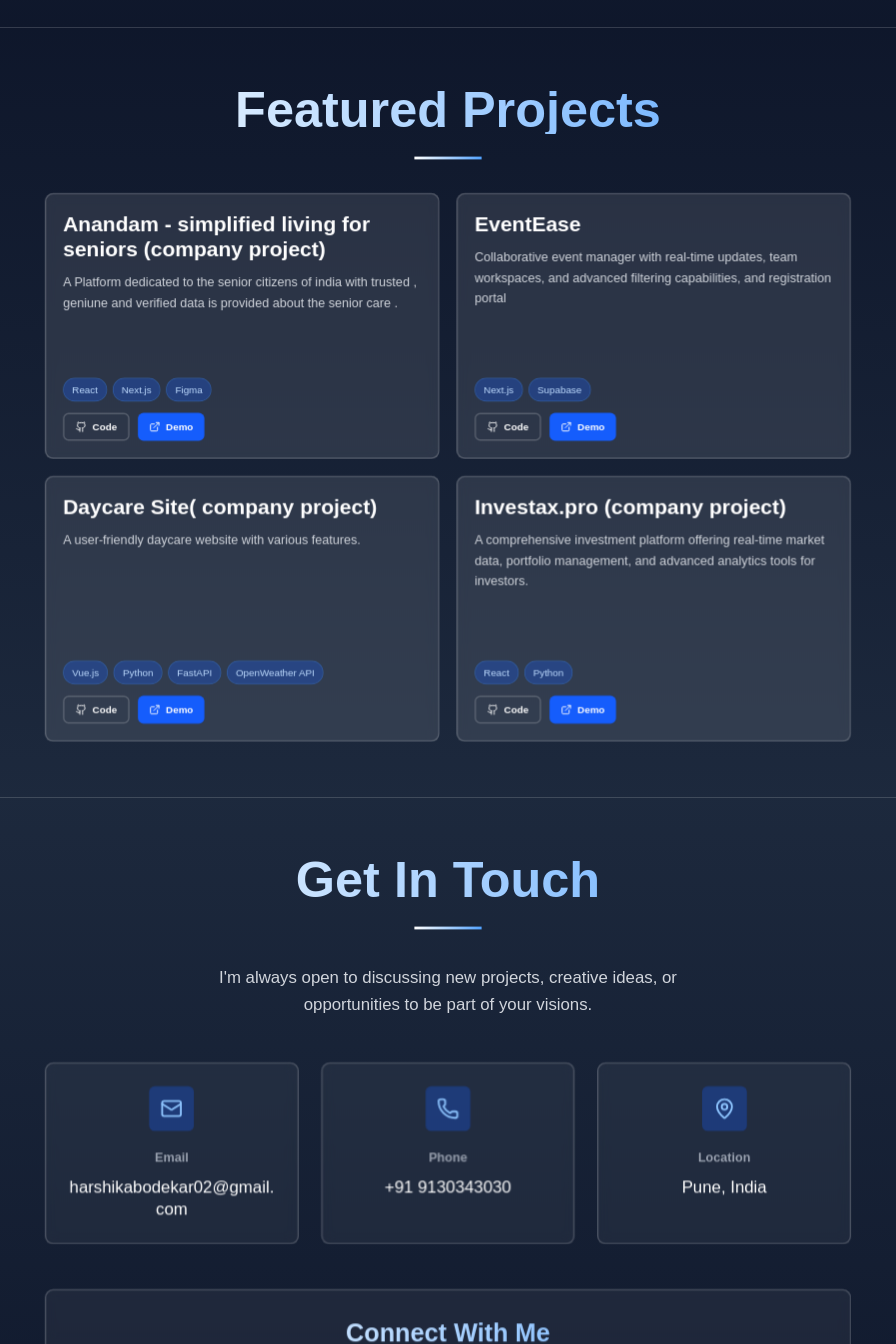
Repository: harshikabodekar/portfolio_awp
Page: /
An editor plug-in stored every save of this project. The page is shown before and after a run of saves, followed by the edit.
The browser window is 1280 px wide. The pictures show the part of the page from y = 2694 to 4614 px (the page is 4940 px tall), at 70% of full size.
The project was rebuilt for these pictures with package versions that can differ from the ones it lists, and the page was loaded fresh each time. The framework's server and built-in components were replaced by stand-ins that run in the browser. Also part of the build but not shown: next.config.mjs.

Above is the page before, as saved 2025-10-15 21:47:33.

### src/app/page.js
import Navbar from "./components/Navbar";
import Hero from "./components/Hero";
import About from "./components/About";
import Skills from "./components/Skills";
import Project from "./components/Project";
import Contact from "./components/Contact";

export default function Home() {
  return (
    <main>
      <Navbar />
      <Hero />
      <About />
      <Skills />
      <Project />
      <Contact />
    </main>
  );
}

### src/app/components/Navbar.js
import React from 'react';

const Navbar = () => {
  return (
    <nav className="bg-gray-900 text-white py-4 px-6 fixed w-full top-0 left-0 z-50 shadow-lg">
      <div className="container mx-auto flex justify-between items-center">
        <h1 className="text-4xl font-bold">My Portfolio</h1>
        <ul className="flex space-x-12">
          <li><a href="#home" className="hover:text-blue-400 text-2xl">Home</a></li>
          <li><a href="#about" className="hover:text-blue-400 text-2xl">About</a></li>
          <li><a href="#skills" className="hover:text-blue-400 text-2xl">Skills</a></li>
          <li><a href="#projects" className="hover:text-blue-400 text-2xl">Projects</a></li>
          <li><a href="#contact" className="hover:text-blue-400 text-2xl">Contact</a></li>
        </ul>
      </div>
    </nav>
  );
};

export default Navbar;

### src/app/components/Hero.js
"use client";
import { Github, Linkedin, Mail } from 'lucide-react';
import Image from 'next/image';

const Hero = () => {
  return (
    <section
      id="home"
      className="py-20 px-6 bg-gradient-to-b from-slate-800 to-slate-900 text-white min-h-screen flex items-center justify-center"
    >
      <div className="container mx-auto px-4">
        <div className="max-w-6xl mx-auto">

          {/* Profile Image */}
          <div className="flex justify-center mb-12">
            <div className="relative w-64 h-64 md:w-80 md:h-80 rounded-full overflow-hidden border-4 border-blue-400/30 shadow-2xl">
              <Image
                src="/profile.jpeg.jpeg"
                alt="Harshika Bodekar"
                fill
                className="object-cover"
                priority
              />
            </div>
          </div>

          {/* Text Content - Centered like About page */}
          <div className="text-center">
            <h1 className="text-4xl sm:text-5xl md:text-6xl lg:text-7xl font-bold mb-8 bg-gradient-to-r from-white to-blue-400 bg-clip-text text-transparent">
              Harshika Bodekar
            </h1>
            <div className="w-24 h-1 bg-gradient-to-r from-white to-blue-400 mx-auto mb-12"></div>

            <p className="text-xl md:text-2xl lg:text-3xl text-gray-300 mb-8 leading-relaxed">
              Computer Science Student | Frontend Developer
            </p>

            <p className="text-xl md:text-2xl lg:text-3xl text-gray-300 mb-12 leading-relaxed">
              Crafting elegant digital experiences with modern technologies.
              Passionate about clean code, intuitive design, and building products that make a difference.
            </p>

            <div className="flex gap-6 justify-center">
              <a
                href="https://github.com/harshikabodekar"
                target="_blank"
                rel="noopener noreferrer"
                className="p-4 rounded-full border-2 border-white/20 hover:border-blue-400/50 transition-all duration-300 hover:bg-white/10"
                aria-label="GitHub Profile"
              >
                <Github className="w-6 h-6" />
              </a>
              <a
                href="https://linkedin.com/in/harshikabodekar"
                target="_blank"
                rel="noopener noreferrer"
                className="p-4 rounded-full border-2 border-white/20 hover:border-blue-400/50 transition-all duration-300 hover:bg-white/10"
                aria-label="LinkedIn Profile"
              >
                <Linkedin className="w-6 h-6" />
              </a>
              <a
                href="mailto:harshikabodekar02@gmail.com"
                className="p-4 rounded-full border-2 border-white/20 hover:border-blue-400/50 transition-all duration-300 hover:bg-white/10"
                aria-label="Email Contact"
              >
                <Mail className="w-6 h-6" />
              </a>
            </div>
          </div>

        </div>
      </div>
    </section>
  );
};

export default Hero;

### src/app/components/About.js
import React from 'react';

const About = () => {
  return (
    <section id="about" className="py-20 px-6 bg-gradient-to-b from-slate-900 to-slate-800 text-white">
      <div className="container mx-auto px-4">
        <div className="max-w-6xl mx-auto">
          <h2 className="text-4xl sm:text-5xl md:text-6xl lg:text-7xl font-bold mb-8 text-center bg-gradient-to-r from-white to-blue-400 bg-clip-text text-transparent">
            About Me
          </h2>
          <div className="w-24 h-1 bg-gradient-to-r from-white to-blue-400 mx-auto mb-12"></div>

          <div className="text-center">
            <p className="text-xl md:text-2xl lg:text-3xl text-gray-300 leading-relaxed mb-8">
              I am Harshika Bodekar, a Computer Science student at Pimpri Chinchwad University.
              With developing expertise in computer science, I craft robust backend solutions.
            </p>
            <p className="text-xl md:text-2xl lg:text-3xl text-gray-300 leading-relaxed mb-8">
              My journey is driven by a passion for building scalable, efficient systems that power modern applications.
              I enjoy tackling complex challenges and exploring cutting-edge tech.
            </p>
            <p className="text-xl md:text-2xl lg:text-3xl text-gray-300 leading-relaxed">
              When I'm not coding, you'll find me exploring new technologies, contributing to
              open-source projects, or sharing knowledge with the developer community.
            </p>
          </div>
        </div>
      </div>
    </section>
  );
};

export default About;

### src/app/components/Skills.js
"use client";
import React from 'react';
import { Code, Database, Layout, Server, Globe, Palette } from 'lucide-react';

const Skills = () => {
  const skillCategories = [
    {
      icon: Code,
      title: "Frontend Development",
      skills: ["React", "Next.js", "JavaScript", "TypeScript", "HTML5", "CSS3", "Tailwind CSS"]
    },
    {
      icon: Server,
      title: "Backend Development",
      skills: [ "Python", "C++", "Java"]
    },
    {
      icon: Database,
      title: "Database",
      skills: ["MongoDB", "Supabase", "MySQL"]
    },
    {
      icon: Layout,
      title: "Tools & Frameworks",
      skills: ["Git", "GitHub", "VS Code", "Figma"]
    },

    {
      icon: Palette,
      title: "Design & UI/UX",
      skills: ["UI Design", "Wireframing", "Prototyping", "User Research"]
    }
  ];

  return (
    <section id="skills" className="py-20 px-6 bg-gradient-to-b from-slate-800 to-slate-900 text-white">
      <div className="container mx-auto px-4">
        <div className="max-w-6xl mx-auto">
          <h2 className="text-4xl sm:text-5xl md:text-6xl lg:text-7xl font-bold mb-8 text-center bg-gradient-to-r from-white to-blue-400 bg-clip-text text-transparent">
            Skills & Expertise
          </h2>
          <div className="w-24 h-1 bg-gradient-to-r from-white to-blue-400 mx-auto mb-12"></div>

          <p className="text-center text-xl md:text-2xl text-gray-300 mb-16 max-w-3xl mx-auto leading-relaxed">
            A comprehensive set of technical skills and tools I use to build modern, scalable applications.
          </p>

          <div className="grid sm:grid-cols-1 md:grid-cols-2 lg:grid-cols-3 gap-6">
            {skillCategories.map((category, index) => {
              const IconComponent = category.icon;
              return (
                <div
                  key={index}
                  className="border-2 border-white/20 rounded-xl p-6 h-[280px] hover:border-blue-400/50 transition-all duration-300 backdrop-blur-sm bg-white/5 group flex flex-col"
                >
                  <div className="flex items-center gap-3 mb-6">
                    <div className="p-3 bg-blue-600/30 rounded-lg group-hover:bg-blue-600/50 transition-all duration-300">
                      <IconComponent className="w-8 h-8 text-blue-300" />
                    </div>
                    <h3 className="text-xl md:text-2xl font-bold text-white group-hover:text-blue-400 transition-colors">
                      {category.title}
                    </h3>
                  </div>

                  <div className="flex flex-wrap gap-2 flex-1 content-start">
                    {category.skills.map((skill, skillIndex) => (
                      <span
                        key={skillIndex}
                        className="px-4 py-2 bg-slate-700/50 border border-slate-600/50 rounded-full text-sm text-gray-200 hover:bg-blue-600/30 hover:border-blue-400/50 transition-all duration-300"
                      >
                        {skill}
                      </span>
                    ))}
                  </div>
                </div>
              );
            })}
          </div>
        </div>
      </div>
    </section>
  );
};

export default Skills;

### src/app/components/Project.js
import React from 'react';
import ProjectCard from './ProjectCard';
import { projectsData } from '../data/projects';

const Projects = () => {
  const projects = [
    {
      title: "Anandam - simplified living for seniors (company project)",
      description: "A Platform dedicated to the senior citizens of india with trusted , geniune and verified data is provided about the senior care .",
      tech: ["React"," Next.js","Figma"],

    },
    {
      title: "EventEase",
      description: "Collaborative event manager with real-time updates, team workspaces, and advanced filtering capabilities, and registration portal",
      tech: ["Next.js", "Supabase"],

    },
    {
      title: "Daycare Site( company project)",
      description: "A user-friendly daycare website with various features.",
      tech: ["Vue.js", "Python", "FastAPI", "OpenWeather API"],

    },
    {
      title: "Investax.pro (company project)",
      description: "A comprehensive investment platform offering real-time market data, portfolio management, and advanced analytics tools for investors.",
      tech: ["React", "Python", ],

    }
  ];

  return (
    <section id="projects" className="py-20 px-6 bg-gradient-to-b from-slate-900 to-slate-800 text-white">
      <div className="container mx-auto px-4">
        <div className="max-w-6xl mx-auto">
          <h2 className="text-4xl sm:text-5xl md:text-6xl lg:text-7xl font-bold mb-8 text-center bg-gradient-to-r from-white to-blue-400 bg-clip-text text-transparent">
            Featured Projects
          </h2>
          <div className="w-24 h-1 bg-gradient-to-r from-white to-blue-400 mx-auto mb-12"></div>

          <div className="grid sm:grid-cols-1 md:grid-cols-2 gap-6">
            {projects.map((project, index) => (
              <ProjectCard key={index} project={project} />
            ))}
          </div>
        </div>
      </div>
    </section>
  );
};

export default Projects;

### src/app/components/Contact.js
"use client";
import { Mail, Phone, MapPin, Github, Linkedin, Twitter } from 'lucide-react';

const Contact = () => {
  const contactInfo = [
    {
      icon: Mail,
      label: "Email",
      value: "harshikabodekar02@gmail.com",
      href: "mailto:harshikabodekar02@gmail.com"
    },
    {
      icon: Phone,
      label: "Phone",
      value: "+91 9130343030",
      href: "tel:+919130343030"
    },
    {
      icon: MapPin,
      label: "Location",
      value: "Pune, India",
      href: "#"
    }
  ];

  const socialLinks = [
    {
      icon: Github,
      label: "GitHub",
      href: "https://github.com/harshikabodekar"
    },
    {
      icon: Linkedin,
      label: "LinkedIn",
      href: "https://linkedin.com/in/harshikabodekar"
    },
    {
      icon: Twitter,
      label: "Twitter",
      href: "https://twitter.com/harshikabodekar"
    }
  ];

  return (
    <section id="contact" className="py-20 px-6 bg-gradient-to-b from-slate-800 to-slate-900 text-white">
      <div className="container mx-auto px-4">
        <div className="max-w-6xl mx-auto">
          <h2 className="text-4xl sm:text-5xl md:text-6xl lg:text-7xl font-bold mb-8 text-center bg-gradient-to-r from-white to-blue-400 bg-clip-text text-transparent">
            Get In Touch
          </h2>
          <div className="w-24 h-1 bg-gradient-to-r from-white to-blue-400 mx-auto mb-12"></div>

          <p className="text-center text-xl md:text-2xl text-gray-300 mb-16 max-w-3xl mx-auto leading-relaxed">
            I'm always open to discussing new projects, creative ideas, or opportunities to be part of your visions.
          </p>

          <div className="grid md:grid-cols-3 gap-8 mb-16">
            {contactInfo.map((info, index) => (
              <div
                key={index}
                className="border-2 border-white/20 rounded-xl p-8 hover:border-blue-400/50 transition-all duration-300 backdrop-blur-sm bg-white/5 text-center group"
              >
                <div className="inline-flex p-4 bg-blue-600/30 rounded-lg mb-6 group-hover:bg-blue-600/50 transition-all duration-300">
                  <info.icon className="w-8 h-8 text-blue-300" />
                </div>
                <h3 className="text-lg font-semibold text-gray-400 mb-3">{info.label}</h3>
                <a
                  href={info.href}
                  className="text-xl md:text-2xl text-white hover:text-blue-400 transition-colors duration-300 break-words"
                >
                  {info.value}
                </a>
              </div>
            ))}
          </div>

          <div className="border-2 border-white/20 rounded-xl p-10 backdrop-blur-sm bg-white/5">
            <h3 className="text-3xl md:text-4xl font-bold mb-8 text-center bg-gradient-to-r from-white to-blue-400 bg-clip-text text-transparent">
              Connect With Me
            </h3>

            <div className="flex justify-center gap-6 mb-10">
              {socialLinks.map((social, index) => (
                <a
                  key={index}
                  href={social.href}
                  target="_blank"
                  rel="noopener noreferrer"
                  className="p-4 rounded-full border-2 border-white/20 hover:border-blue-400/50 transition-all duration-300 hover:bg-white/10"
                  aria-label={social.label}
                >
                  <social.icon className="w-8 h-8" />
                </a>
              ))}
            </div>

            <div className="text-center">
              <a
                href="mailto:harshikabodekar02@gmail.com"
                className="inline-flex items-center gap-3 px-8 py-4 bg-blue-600 hover:bg-blue-700 rounded-full text-lg md:text-xl font-semibold transition-all duration-300 hover:shadow-lg hover:shadow-blue-500/50"
              >
                <Mail className="w-6 h-6" />
                Send Me an Email
              </a>
            </div>
          </div>
        </div>
      </div>
    </section>
  );
};

export default Contact;

### src/app/components/ProjectCard.js
"use client";
import { Github, ExternalLink } from 'lucide-react';

const ProjectCard = ({ project }) => {
  return (
    <div className="bg-white/10 backdrop-blur-sm border-2 border-white/20 rounded-xl p-6 h-[380px] hover:border-blue-400/50 transition-all duration-300 group flex flex-col">
      <h3 className="text-2xl md:text-3xl font-bold mb-4 text-white group-hover:text-blue-400 transition-colors">
        {project.title}
      </h3>

      <p className="text-base md:text-lg text-gray-300 mb-4 leading-relaxed flex-grow">
        {project.description}
      </p>

      <div className="flex flex-wrap gap-2 mb-4">
        {project.tech.map((tech, index) => (
          <span
            key={index}
            className="px-3 py-1.5 bg-blue-600/30 border border-blue-400/30 rounded-full text-sm text-blue-200 font-medium"
          >
            {tech}
          </span>
        ))}
      </div>

      <div className="flex gap-3">
        <a
          href={project.github}
          target="_blank"
          rel="noopener noreferrer"
          className="flex items-center gap-2 px-4 py-2 border-2 border-white/20 rounded-lg hover:border-blue-400/50 hover:bg-white/10 transition-all duration-300 text-sm font-semibold"
        >
          <Github className="w-4 h-4" />
          Code
        </a>
        <a
          href={project.demo}
          target="_blank"
          rel="noopener noreferrer"
          className="flex items-center gap-2 px-4 py-2 bg-blue-600 hover:bg-blue-700 rounded-lg transition-all duration-300 text-sm font-semibold"
        >
          <ExternalLink className="w-4 h-4" />
          Demo
        </a>
      </div>
    </div>
  );
};

export default ProjectCard;

Loaded but not shown: src/app/layout.js (common file); src/app/globals.css (common file); src/app/data/projects.js (no stored copy; drawn as an empty file)

After the next 2 saves:
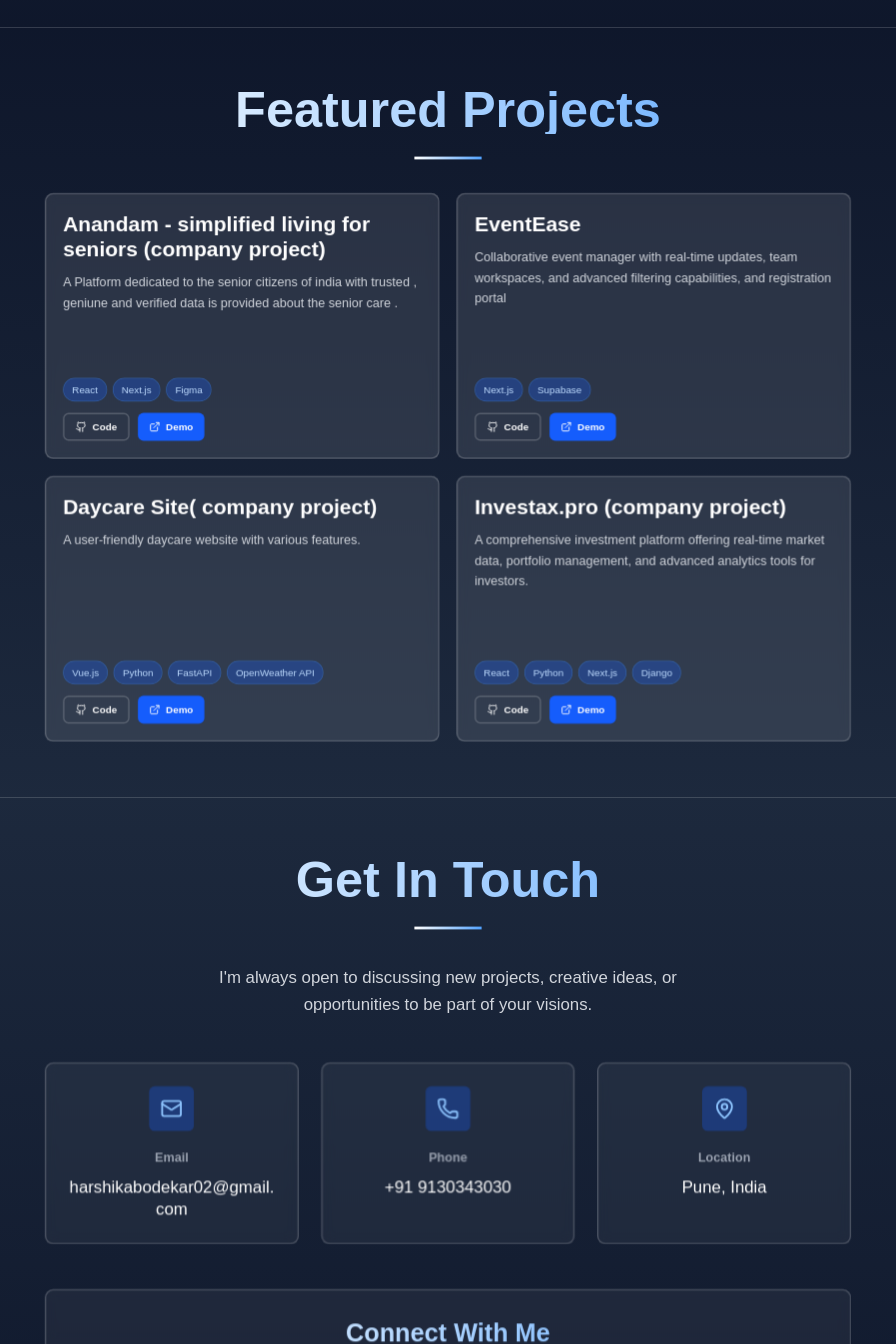
The 2 saves are shown as one change because they came seconds apart.
The last was saved 6 s later.
--- a/src/app/components/Project.js
+++ b/src/app/components/Project.js
@@ -25,7 +25,7 @@ const Projects = () => {
     {
       title: "Investax.pro (company project)",
       description: "A comprehensive investment platform offering real-time market data, portfolio management, and advanced analytics tools for investors.",
-      tech: ["React", "Python", ],
+      tech: ["React", "Python", "Next.js", "Django"],
 
     }
   ];
